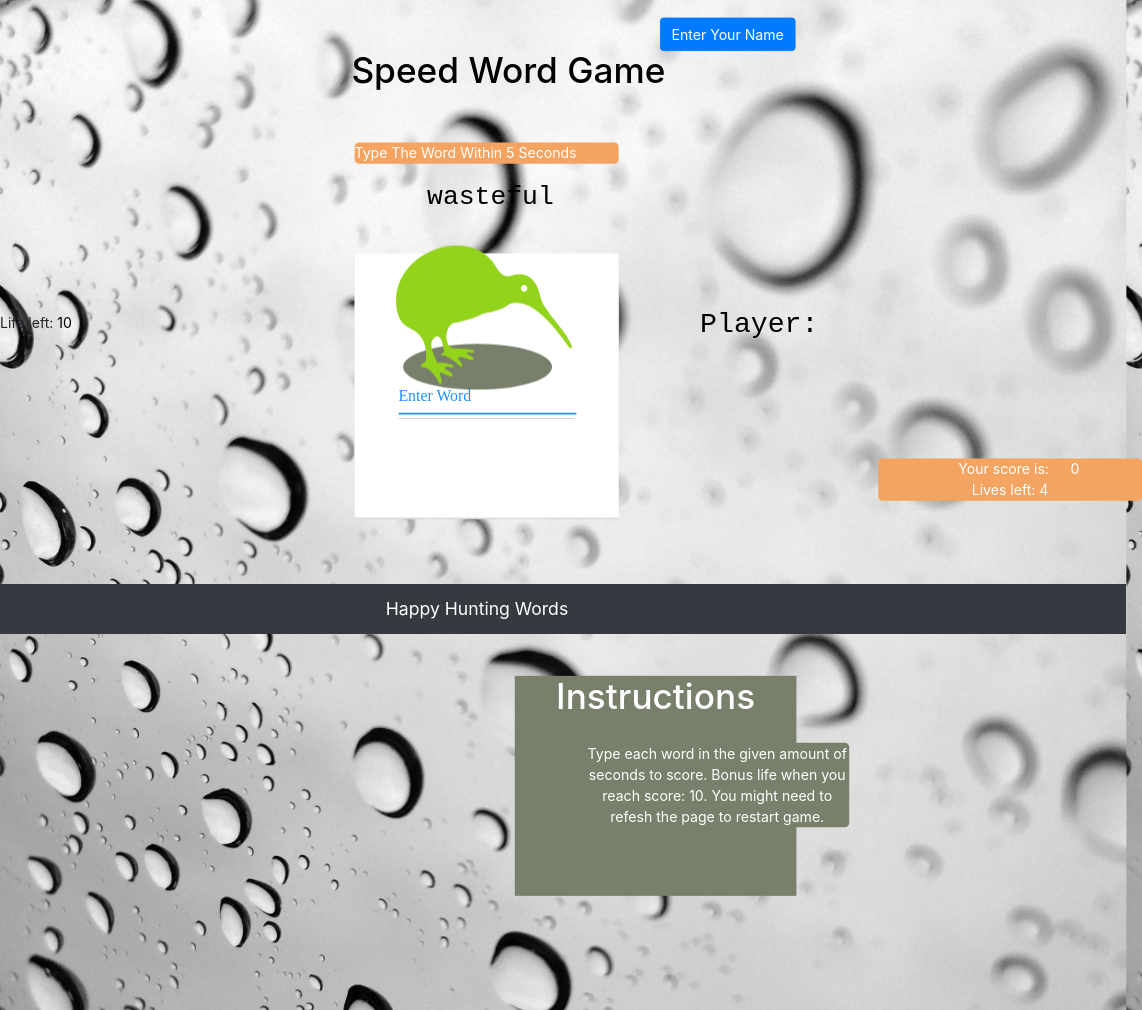
Repository: konstantin0s/word-game-project
Page: modal.html
An editor plug-in stored every save of this project. The page is shown before and after the next save, followed by the edit.
The browser window is 1280 px wide. The page is 1298 px wide, so the pictures cover 1298 px, including what lies to the right of the window. The pictures show the whole page, at 88% of full size.
Backgrounds fixed to the window are drawn as part of the page. Some web libraries are served in a nearby version.

Above is the page before, as saved 2019-02-14 10:52:48.

After the next save:
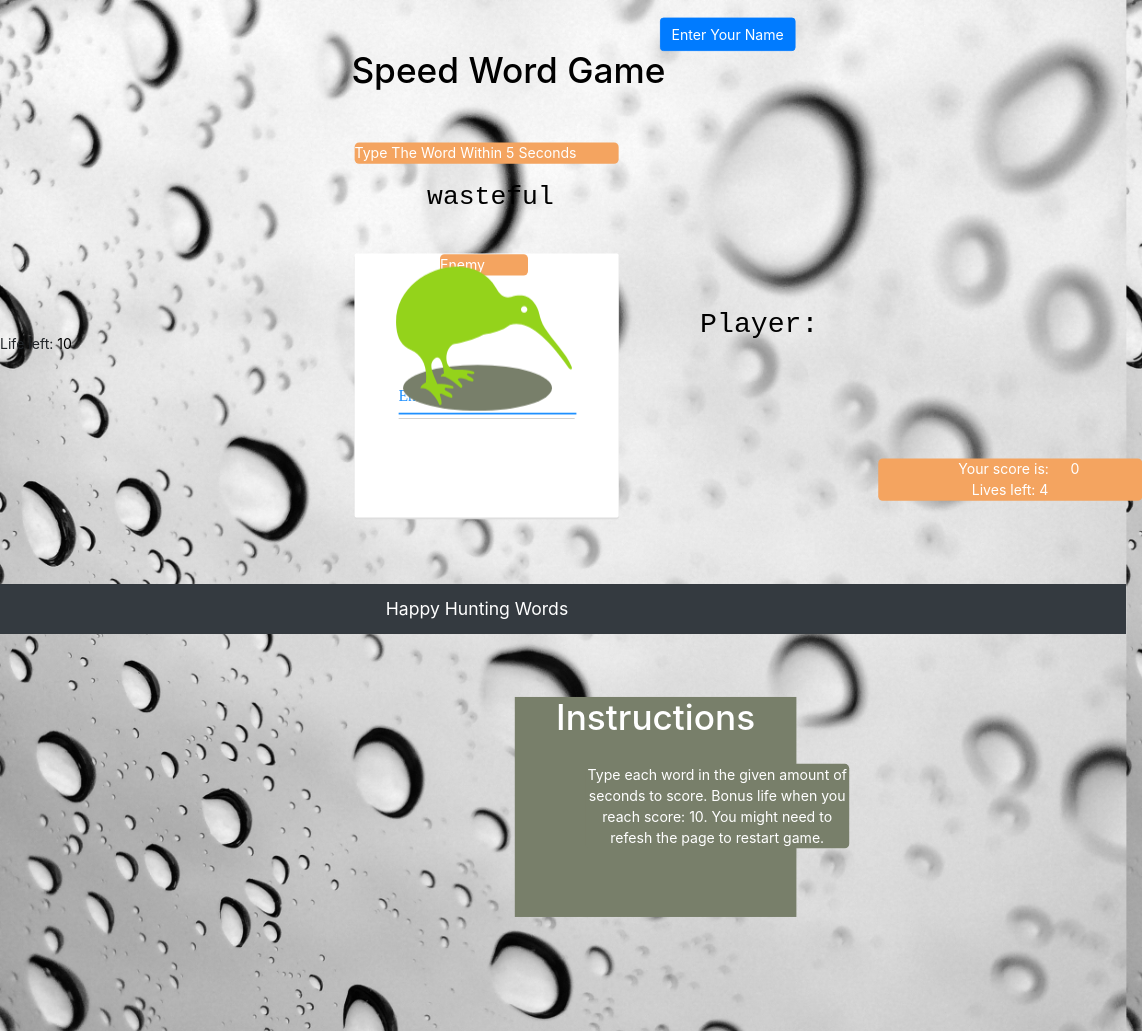
Saved 40 s later.
--- a/js/main.js
+++ b/js/main.js
@@ -186,6 +186,7 @@ input.addEventListener('keyup',function(e){
     wordGeneratorLevel1();
     lives = 5;
     freshLives.innerHTML = lives;
+    messagePlayer.innerHTML = "Enemy";
    }
 
  window.onload = init;
